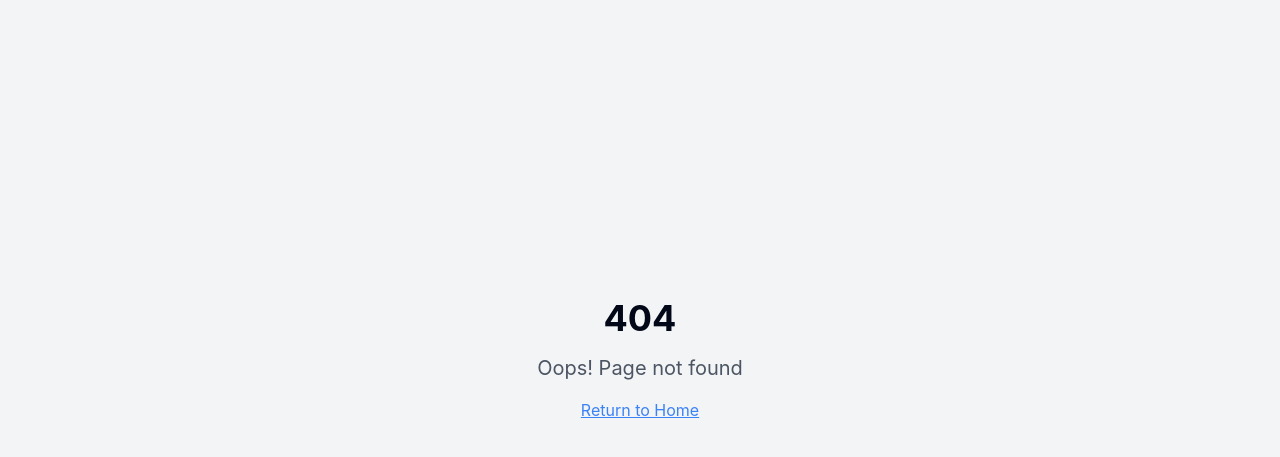
Repository: Arunkumar158/artguard
Page: /auth
The author's editor kept a copy of each file at every save. The page is drawn from the files as they stood at one save, then again after the next save.
The browser window is 1280 px wide. The pictures show the whole page.
The project was rebuilt for these pictures with package versions that can differ from the ones it lists, and the page was loaded fresh each time. Also part of the build but not shown: vite.config.ts, src/components/ui/tooltip.tsx, src/components/ImageUploader.tsx, src/components/ui/button.tsx, src/components/ScanButton.tsx, src/components/ui/card.tsx, src/components/ui/progress.tsx, src/components/ResultDisplay.tsx and 4 more.

Above is the page before, as saved 2025-06-22 16:41:40.

### index.html
<!DOCTYPE html>
<html lang="en">
  <head>
    <meta charset="UTF-8" />
    <meta name="viewport" content="width=device-width, initial-scale=1.0" />
    <title>art-sense-scan-reveal</title>
    <meta name="description" content="Lovable Generated Project" />
    <meta name="author" content="Lovable" />

    <meta property="og:title" content="art-sense-scan-reveal" />
    <meta property="og:description" content="Lovable Generated Project" />
    <meta property="og:type" content="website" />
    <meta property="og:image" content="https://lovable.dev/opengraph-image-p98pqg.png" />

    <meta name="twitter:card" content="summary_large_image" />
    <meta name="twitter:site" content="@lovable_dev" />
    <meta name="twitter:image" content="https://lovable.dev/opengraph-image-p98pqg.png" />
  </head>

  <body>
    <div id="root"></div>
    <!-- IMPORTANT: DO NOT REMOVE THIS SCRIPT TAG OR THIS VERY COMMENT! -->
    <script src="https://cdn.gpteng.co/gptengineer.js" type="module"></script>
    <script type="module" src="/src/main.tsx"></script>
  </body>
</html>

### src/index.css

@tailwind base;
@tailwind components;
@tailwind utilities;

@layer base {
  :root {
    --background: 0 0% 100%;
    --foreground: 222.2 84% 4.9%;

    --card: 0 0% 100%;
    --card-foreground: 222.2 84% 4.9%;

    --popover: 0 0% 100%;
    --popover-foreground: 222.2 84% 4.9%;

    --primary: 262 80% 60%; /* Purple primary */
    --primary-foreground: 0 0% 98%;

    --secondary: 210 40% 96.1%;
    --secondary-foreground: 222.2 47.4% 11.2%;

    --muted: 210 40% 96.1%;
    --muted-foreground: 215.4 16.3% 46.9%;

    --accent: 262 80% 96%; /* Lighter purple accent */
    --accent-foreground: 262 80% 60%;

    --destructive: 0 84.2% 60.2%;
    --destructive-foreground: 210 40% 98%;

    --border: 214.3 31.8% 91.4%;
    --input: 214.3 31.8% 91.4%;
    --ring: 262 80% 60%; /* Purple for focus rings */

    --radius: 0.5rem;
  }

  .dark {
    --background: 222.2 84% 4.9%;
    --foreground: 210 40% 98%;

    --card: 222.2 84% 4.9%;
    --card-foreground: 210 40% 98%;

    --popover: 222.2 84% 4.9%;
    --popover-foreground: 210 40% 98%;

    --primary: 262 70% 60%;
    --primary-foreground: 222.2 47.4% 11.2%;

    --secondary: 217.2 32.6% 17.5%;
    --secondary-foreground: 210 40% 98%;

    --muted: 217.2 32.6% 17.5%;
    --muted-foreground: 215 20.2% 65.1%;

    --accent: 217.2 32.6% 17.5%;
    --accent-foreground: 210 40% 98%;

    --destructive: 0 62.8% 30.6%;
    --destructive-foreground: 210 40% 98%;

    --border: 217.2 32.6% 17.5%;
    --input: 217.2 32.6% 17.5%;
    --ring: 262 70% 60%;
  }
}

@layer base {
  * {
    @apply border-border;
  }

  body {
    @apply bg-background text-foreground;
  }
}

/* Additional keyframes for animations */
@keyframes fade-in {
  from {
    opacity: 0;
    transform: translateY(10px);
  }
  to {
    opacity: 1;
    transform: translateY(0);
  }
}

@layer utilities {
  .animate-fade-in {
    animation: fade-in 0.4s ease-out forwards;
  }
}

### src/components/ui/toaster.tsx
import { useToast } from "@/hooks/use-toast"
import {
  Toast,
  ToastClose,
  ToastDescription,
  ToastProvider,
  ToastTitle,
  ToastViewport,
} from "@/components/ui/toast"

export function Toaster() {
  const { toasts } = useToast()

  return (
    <ToastProvider>
      {toasts.map(function ({ id, title, description, action, ...props }) {
        return (
          <Toast key={id} {...props}>
            <div className="grid gap-1">
              {title && <ToastTitle>{title}</ToastTitle>}
              {description && (
                <ToastDescription>{description}</ToastDescription>
              )}
            </div>
            {action}
            <ToastClose />
          </Toast>
        )
      })}
      <ToastViewport />
    </ToastProvider>
  )
}

### src/components/ui/sonner.tsx
import { useTheme } from "next-themes"
import { Toaster as Sonner, toast } from "sonner"

type ToasterProps = React.ComponentProps<typeof Sonner>

const Toaster = ({ ...props }: ToasterProps) => {
  const { theme = "system" } = useTheme()

  return (
    <Sonner
      theme={theme as ToasterProps["theme"]}
      className="toaster group"
      toastOptions={{
        classNames: {
          toast:
            "group toast group-[.toaster]:bg-background group-[.toaster]:text-foreground group-[.toaster]:border-border group-[.toaster]:shadow-lg",
          description: "group-[.toast]:text-muted-foreground",
          actionButton:
            "group-[.toast]:bg-primary group-[.toast]:text-primary-foreground",
          cancelButton:
            "group-[.toast]:bg-muted group-[.toast]:text-muted-foreground",
        },
      }}
      {...props}
    />
  )
}

export { Toaster, toast }

### src/pages/NotFound.tsx
import { useLocation } from "react-router-dom";
import { useEffect } from "react";

const NotFound = () => {
  const location = useLocation();

  useEffect(() => {
    console.error(
      "404 Error: User attempted to access non-existent route:",
      location.pathname
    );
  }, [location.pathname]);

  return (
    <div className="min-h-screen flex items-center justify-center bg-gray-100">
      <div className="text-center">
        <h1 className="text-4xl font-bold mb-4">404</h1>
        <p className="text-xl text-gray-600 mb-4">Oops! Page not found</p>
        <a href="/" className="text-blue-500 hover:text-blue-700 underline">
          Return to Home
        </a>
      </div>
    </div>
  );
};

export default NotFound;

### src/components/ui/toast.tsx
import * as React from "react"
import * as ToastPrimitives from "@radix-ui/react-toast"
import { cva, type VariantProps } from "class-variance-authority"
import { X } from "lucide-react"

import { cn } from "@/lib/utils"

const ToastProvider = ToastPrimitives.Provider

const ToastViewport = React.forwardRef<
  React.ElementRef<typeof ToastPrimitives.Viewport>,
  React.ComponentPropsWithoutRef<typeof ToastPrimitives.Viewport>
>(({ className, ...props }, ref) => (
  <ToastPrimitives.Viewport
    ref={ref}
    className={cn(
      "fixed top-0 z-[100] flex max-h-screen w-full flex-col-reverse p-4 sm:bottom-0 sm:right-0 sm:top-auto sm:flex-col md:max-w-[420px]",
      className
    )}
    {...props}
  />
))
ToastViewport.displayName = ToastPrimitives.Viewport.displayName

const toastVariants = cva(
  "group pointer-events-auto relative flex w-full items-center justify-between space-x-4 overflow-hidden rounded-md border p-6 pr-8 shadow-lg transition-all data-[swipe=cancel]:translate-x-0 data-[swipe=end]:translate-x-[var(--radix-toast-swipe-end-x)] data-[swipe=move]:translate-x-[var(--radix-toast-swipe-move-x)] data-[swipe=move]:transition-none data-[state=open]:animate-in data-[state=closed]:animate-out data-[swipe=end]:animate-out data-[state=closed]:fade-out-80 data-[state=closed]:slide-out-to-right-full data-[state=open]:slide-in-from-top-full data-[state=open]:sm:slide-in-from-bottom-full",
  {
    variants: {
      variant: {
        default: "border bg-background text-foreground",
        destructive:
          "destructive group border-destructive bg-destructive text-destructive-foreground",
      },
    },
    defaultVariants: {
      variant: "default",
    },
  }
)

const Toast = React.forwardRef<
  React.ElementRef<typeof ToastPrimitives.Root>,
  React.ComponentPropsWithoutRef<typeof ToastPrimitives.Root> &
    VariantProps<typeof toastVariants>
>(({ className, variant, ...props }, ref) => {
  return (
    <ToastPrimitives.Root
      ref={ref}
      className={cn(toastVariants({ variant }), className)}
      {...props}
    />
  )
})
Toast.displayName = ToastPrimitives.Root.displayName

const ToastAction = React.forwardRef<
  React.ElementRef<typeof ToastPrimitives.Action>,
  React.ComponentPropsWithoutRef<typeof ToastPrimitives.Action>
>(({ className, ...props }, ref) => (
  <ToastPrimitives.Action
    ref={ref}
    className={cn(
      "inline-flex h-8 shrink-0 items-center justify-center rounded-md border bg-transparent px-3 text-sm font-medium ring-offset-background transition-colors hover:bg-secondary focus:outline-none focus:ring-2 focus:ring-ring focus:ring-offset-2 disabled:pointer-events-none disabled:opacity-50 group-[.destructive]:border-muted/40 group-[.destructive]:hover:border-destructive/30 group-[.destructive]:hover:bg-destructive group-[.destructive]:hover:text-destructive-foreground group-[.destructive]:focus:ring-destructive",
      className
    )}
    {...props}
  />
))
ToastAction.displayName = ToastPrimitives.Action.displayName

const ToastClose = React.forwardRef<
  React.ElementRef<typeof ToastPrimitives.Close>,
  React.ComponentPropsWithoutRef<typeof ToastPrimitives.Close>
>(({ className, ...props }, ref) => (
  <ToastPrimitives.Close
    ref={ref}
    className={cn(
      "absolute right-2 top-2 rounded-md p-1 text-foreground/50 opacity-0 transition-opacity hover:text-foreground focus:opacity-100 focus:outline-none focus:ring-2 group-hover:opacity-100 group-[.destructive]:text-red-300 group-[.destructive]:hover:text-red-50 group-[.destructive]:focus:ring-red-400 group-[.destructive]:focus:ring-offset-red-600",
      className
    )}
    toast-close=""
    {...props}
  >
    <X className="h-4 w-4" />
  </ToastPrimitives.Close>
))
ToastClose.displayName = ToastPrimitives.Close.displayName

const ToastTitle = React.forwardRef<
  React.ElementRef<typeof ToastPrimitives.Title>,
  React.ComponentPropsWithoutRef<typeof ToastPrimitives.Title>
>(({ className, ...props }, ref) => (
  <ToastPrimitives.Title
    ref={ref}
    className={cn("text-sm font-semibold", className)}
    {...props}
  />
))
ToastTitle.displayName = ToastPrimitives.Title.displayName

const ToastDescription = React.forwardRef<
  React.ElementRef<typeof ToastPrimitives.Description>,
  React.ComponentPropsWithoutRef<typeof ToastPrimitives.Description>
>(({ className, ...props }, ref) => (
  <ToastPrimitives.Description
    ref={ref}
    className={cn("text-sm opacity-90", className)}
    {...props}
  />
))
ToastDescription.displayName = ToastPrimitives.Description.displayName

type ToastProps = React.ComponentPropsWithoutRef<typeof Toast>

type ToastActionElement = React.ReactElement<typeof ToastAction>

export {
  type ToastProps,
  type ToastActionElement,
  ToastProvider,
  ToastViewport,
  Toast,
  ToastTitle,
  ToastDescription,
  ToastClose,
  ToastAction,
}

### tailwind.config.ts
import type { Config } from "tailwindcss";
import { fontFamily } from "tailwindcss/defaultTheme";
import tailwindcssAnimate from "tailwindcss-animate";

export default {
	darkMode: ["class"],
	content: [
		"./pages/**/*.{ts,tsx}",
		"./components/**/*.{ts,tsx}",
		"./app/**/*.{ts,tsx}",
		"./src/**/*.{ts,tsx}",
	],
	prefix: "",
	theme: {
		container: {
			center: true,
			padding: '2rem',
			screens: {
				'2xl': '1400px'
			}
		},
		extend: {
			fontFamily: {
				sans: ["Inter", ...fontFamily.sans],
				serif: ["Playfair Display", ...fontFamily.serif],
			},
			colors: {
				border: 'hsl(var(--border))',
				input: 'hsl(var(--input))',
				ring: 'hsl(var(--ring))',
				background: 'hsl(var(--background))',
				foreground: 'hsl(var(--foreground))',
				primary: {
					DEFAULT: 'hsl(var(--primary))',
					foreground: 'hsl(var(--primary-foreground))'
				},
				secondary: {
					DEFAULT: 'hsl(var(--secondary))',
					foreground: 'hsl(var(--secondary-foreground))'
				},
				destructive: {
					DEFAULT: 'hsl(var(--destructive))',
					foreground: 'hsl(var(--destructive-foreground))'
				},
				muted: {
					DEFAULT: 'hsl(var(--muted))',
					foreground: 'hsl(var(--muted-foreground))'
				},
				accent: {
					DEFAULT: 'hsl(var(--accent))',
					foreground: 'hsl(var(--accent-foreground))'
				},
				popover: {
					DEFAULT: 'hsl(var(--popover))',
					foreground: 'hsl(var(--popover-foreground))'
				},
				card: {
					DEFAULT: 'hsl(var(--card))',
					foreground: 'hsl(var(--card-foreground))'
				},
				'handmade': "#D96D6D",
				'ai-generated': "#4C8DE5",
				'digital-print': "#4EE5D3",
			},
			borderRadius: {
				lg: 'var(--radius)',
				md: 'calc(var(--radius) - 2px)',
				sm: 'calc(var(--radius) - 4px)'
			},
			keyframes: {
				'accordion-down': {
					from: {
						height: '0'
					},
					to: {
						height: 'var(--radix-accordion-content-height)'
					}
				},
				'accordion-up': {
					from: {
						height: 'var(--radix-accordion-content-height)'
					},
					to: {
						height: '0'
					}
				},
				'pulse': {
					'0%, 100%': {
						opacity: '1'
					},
					'50%': {
						opacity: '0.5'
					}
				},
				'shimmer': {
					'0%': {
						backgroundPosition: '-200% 0'
					},
					'100%': {
						backgroundPosition: '200% 0'
					}
				}
			},
			animation: {
				'accordion-down': 'accordion-down 0.2s ease-out',
				'accordion-up': 'accordion-up 0.2s ease-out',
				'pulse': 'pulse 2s cubic-bezier(0.4, 0, 0.6, 1) infinite',
				'shimmer': 'shimmer 2s infinite linear'
			}
		}
	},
	plugins: [tailwindcssAnimate],
} satisfies Config;

Loaded but not shown: src/main.tsx (common file); src/App.tsx (common file); src/hooks/use-toast.ts (common file); src/lib/utils.ts (common file)

After the next save:
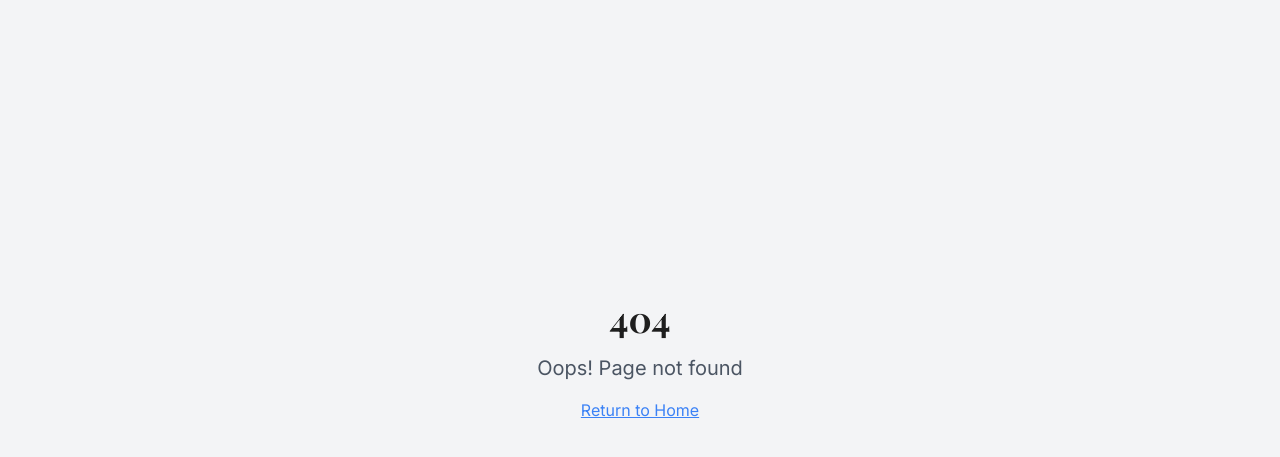
Saved 19 s later.
--- a/src/index.css
+++ b/src/index.css
@@ -1,3 +1,4 @@
+@import url('https://fonts.googleapis.com/css2?family=Inter:wght@400;500;600;700&family=Playfair+Display:wght@400;700&display=swap');
 
 @tailwind base;
 @tailwind components;
@@ -5,65 +6,65 @@
 
 @layer base {
   :root {
-    --background: 0 0% 100%;
-    --foreground: 222.2 84% 4.9%;
+    --background: 38 50% 98%; /* Soft Linen White */
+    --foreground: 0 0% 11.8%; /* Dark Charcoal */
 
-    --card: 0 0% 100%;
-    --card-foreground: 222.2 84% 4.9%;
+    --card: 38 50% 98%;
+    --card-foreground: 0 0% 11.8%;
 
-    --popover: 0 0% 100%;
-    --popover-foreground: 222.2 84% 4.9%;
+    --popover: 38 50% 98%;
+    --popover-foreground: 0 0% 11.8%;
 
-    --primary: 262 80% 60%; /* Purple primary */
-    --primary-foreground: 0 0% 98%;
+    --primary: 45 74% 61%; /* Deep Ochre Gold */
+    --primary-foreground: 0 0% 11.8%; /* Dark Charcoal for text on primary */
 
-    --secondary: 210 40% 96.1%;
-    --secondary-foreground: 222.2 47.4% 11.2%;
+    --secondary: 0 0% 96.1%;
+    --secondary-foreground: 0 0% 9%;
 
-    --muted: 210 40% 96.1%;
-    --muted-foreground: 215.4 16.3% 46.9%;
+    --muted: 0 0% 96.1%;
+    --muted-foreground: 0 0% 45.1%;
 
-    --accent: 262 80% 96%; /* Lighter purple accent */
-    --accent-foreground: 262 80% 60%;
+    --accent: 0 0% 96.1%;
+    --accent-foreground: 0 0% 9%;
 
     --destructive: 0 84.2% 60.2%;
-    --destructive-foreground: 210 40% 98%;
+    --destructive-foreground: 0 0% 98%;
 
-    --border: 214.3 31.8% 91.4%;
-    --input: 214.3 31.8% 91.4%;
-    --ring: 262 80% 60%; /* Purple for focus rings */
+    --border: 0 0% 90%;
+    --input: 0 0% 90%;
+    --ring: 45 74% 61%; /* Deep Ochre Gold for focus rings */
 
     --radius: 0.5rem;
   }
 
   .dark {
-    --background: 222.2 84% 4.9%;
-    --foreground: 210 40% 98%;
+    --background: 0 0% 11.8%; /* Dark Charcoal */
+    --foreground: 38 50% 98%; /* Soft Linen White */
 
-    --card: 222.2 84% 4.9%;
-    --card-foreground: 210 40% 98%;
+    --card: 0 0% 11.8%;
+    --card-foreground: 38 50% 98%;
 
-    --popover: 222.2 84% 4.9%;
-    --popover-foreground: 210 40% 98%;
+    --popover: 0 0% 11.8%;
+    --popover-foreground: 38 50% 98%;
 
-    --primary: 262 70% 60%;
-    --primary-foreground: 222.2 47.4% 11.2%;
+    --primary: 45 74% 61%; /* Deep Ochre Gold */
+    --primary-foreground: 0 0% 11.8%; /* Dark Charcoal for text on primary */
 
-    --secondary: 217.2 32.6% 17.5%;
-    --secondary-foreground: 210 40% 98%;
+    --secondary: 0 0% 17.5%;
+    --secondary-foreground: 0 0% 98%;
 
-    --muted: 217.2 32.6% 17.5%;
-    --muted-foreground: 215 20.2% 65.1%;
+    --muted: 0 0% 17.5%;
+    --muted-foreground: 0 0% 65.1%;
 
-    --accent: 217.2 32.6% 17.5%;
-    --accent-foreground: 210 40% 98%;
+    --accent: 0 0% 17.5%;
+    --accent-foreground: 0 0% 98%;
 
     --destructive: 0 62.8% 30.6%;
-    --destructive-foreground: 210 40% 98%;
+    --destructive-foreground: 0 0% 98%;
 
-    --border: 217.2 32.6% 17.5%;
-    --input: 217.2 32.6% 17.5%;
-    --ring: 262 70% 60%;
+    --border: 0 0% 25%;
+    --input: 0 0% 25%;
+    --ring: 45 74% 61%;
   }
 }
 
@@ -73,7 +74,11 @@
   }
 
   body {
-    @apply bg-background text-foreground;
+    @apply bg-background text-foreground font-sans;
+  }
+
+  h1, h2, h3, h4, h5, h6 {
+    @apply font-serif;
   }
 }
 
